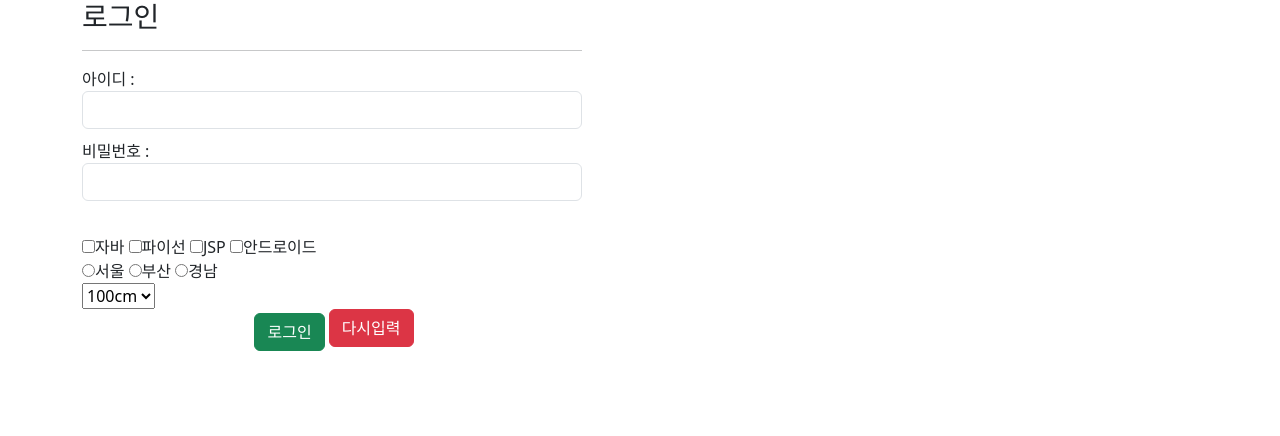
Repository: papepopopy/javascript
Page: http://localhost/webjsp/ex01/sample02/login.jsp
An editor plug-in stored every save of this project. The page is shown before and after the next save, followed by the edit.
The browser window is 1280 px wide. The pictures show the whole page.
The page is served by Tomcat 9. Nobody is signed in. The application's start-up code is not run. Other server files are loaded and not shown.

Above is the page before, as saved 2024-06-26 03:49:11.

### jspStudy/jspStudy/webjsp/src/main/webapp/ex01/sample02/login.jsp
<%@ page language="java" contentType="text/html; charset=UTF-8"
    pageEncoding="UTF-8"%>
<!DOCTYPE html>
<html>
<head>
<meta charset="UTF-8">
<title>클라이언트 로그인 View Page</title>
<link href="https://cdn.jsdelivr.net/npm/bootstrap@5.3.3/dist/css/bootstrap.min.css" rel="stylesheet" integrity="sha384-QWTKZyjpPEjISv5WaRU9OFeRpok6YctnYmDr5pNlyT2bRjXh0JMhjY6hW+ALEwIH" crossorigin="anonymous">
<style>
	.login {
		width: 500px;
	}
	.login div {
		margin-bottom: 10px;
	}
</style>
</head>
<body>
	<div class="container">
		<div class="login">
			<h3>로그인</h3>
		    <hr>
		    <form action="/webjsp/login" method="post">
		    	<div>
			    	<label>아이디 : </label>
			    	<input type="text" name="user_id" class="form-control">
		    	</div>
		    	<div>
			    	<label>비밀번호 : </label>
			    	<input type="password" name="user_pw" class="form-control">
		    	</div>

		    	<br>

		    	<input type="checkbox" name="subject" class="" value="java">자바
		    	<input type="checkbox" name="subject" class="" value="python">파이선
		    	<input type="checkbox" name="subject" class="" value="jsp">JSP
		    	<input type="checkbox" name="subject" class="" value="android">안드로이드
		    	<br>

		    	<input type="radio" name="address" value="1">서울
		    	<input type="radio" name="address" value="2">부산
		    	<input type="radio" name="address" value="3">경남
		    	<br>
		    	<select name="sel_size">
		    		<option value="100">100cm</option>
		    		<option value="200">200cm</option>
		    		<option value="300">300cm</option>
		    		<option value="400">400cm</option>
		    		<option value="500">500cm</option>
		    	</select>
		    	<div class = "d-flex justify-content-center" >

			    	<div>
			    		<input type="submit" value="로그인" class="btn btn-success m-1">
			    	</div>
			    	<div>
			    		<input type="reset" value="다시입력" class="btn btn-danger">
			    	</div>
		    	</div>
		    </form>
		</div>
	</div>
<script src="https://cdn.jsdelivr.net/npm/bootstrap@5.3.3/dist/js/bootstrap.bundle.min.js" integrity="sha384-YvpcrYf0tY3lHB60NNkmXc5s9fDVZLESaAA55NDzOxhy9GkcIdslK1eN7N6jIeHz" crossorigin="anonymous"></script>
</body>
</html>

After the next save:
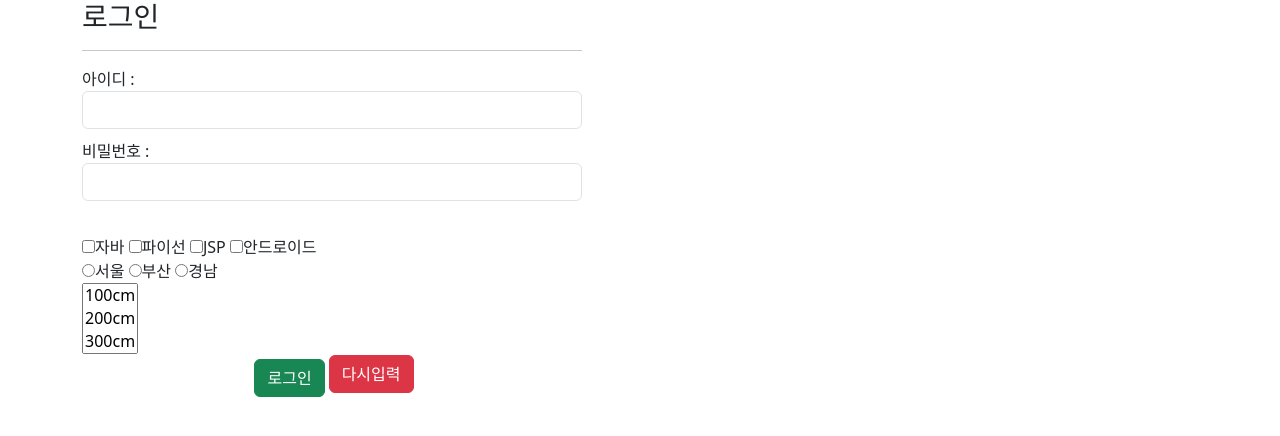
Saved 7 min 3 s later.
--- a/jspStudy/jspStudy/webjsp/src/main/webapp/ex01/sample02/login.jsp
+++ b/jspStudy/jspStudy/webjsp/src/main/webapp/ex01/sample02/login.jsp
@@ -42,7 +42,7 @@
 		    	<input type="radio" name="address" value="2">부산
 		    	<input type="radio" name="address" value="3">경남
 		    	<br>
-		    	<select name="sel_size">
+		    	<select name="sel_size" size="3">
 		    		<option value="100">100cm</option>
 		    		<option value="200">200cm</option>
 		    		<option value="300">300cm</option>
